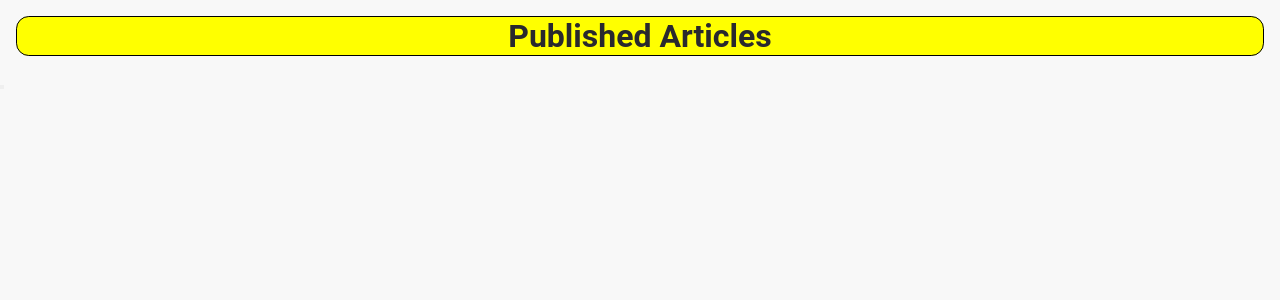
Repository: batmit/publish_articles
Page: /articles
The author's editor kept a copy of each file at every save. The page is drawn from the files as they stood at one save, then again after the next save.
The browser window is 1280 px wide. The pictures show the whole page.
The page's requests for data from a server got no answer. The project was rebuilt for these pictures with package versions that can differ from the ones it lists, and the page was loaded fresh each time. No one was signed in, and anything a server would have sent is missing. Also part of the build but not shown: src/styles/Home.scss, src/pages/Home.tsx, src/pages/publish_articles.tsx.

Above is the page before, as saved 2021-06-29 15:31:26.

### public/index.html
<!DOCTYPE html>
<html lang="en">
  <head>
    <meta charset="utf-8" />
    <meta name="viewport" content="width=device-width, initial-scale=1" />
    <meta name="theme-color" content="#000000" />
    <meta
      name="description"
      content="Web site created using create-react-app"
    />
    <title>publish_articles</title>
  </head>
  <body>
    <noscript>You need to enable JavaScript to run this app.</noscript>
    <div id="root"></div>
    <!--
      This HTML file is a template.
      If you open it directly in the browser, you will see an empty page.

      You can add webfonts, meta tags, or analytics to this file.
      The build step will place the bundled scripts into the <body> tag.

      To begin the development, run `npm start` or `yarn start`.
      To create a production bundle, use `npm run build` or `yarn build`.
    -->
  </body>
</html>

### src/App.tsx
import React from 'react';
import { BrowserRouter, Route } from 'react-router-dom';
import { Articles } from './pages/articles';


import {Home} from './pages/Home';
import { Publish_Articles } from './pages/publish_articles';

import './styles/global.scss';



function App() {
  return (

    <BrowserRouter>

      <Route path='/' exact component={Home} />

      <Route path='/articles' exact component={Articles} />

      <Route path='/publish' exact component={Publish_Articles} />



    </BrowserRouter>

  );
}

export default App;

### src/pages/articles.tsx
import { useEffect, useState } from "react";
import { database } from "../services/firebase";

type assuntosProps = {
    id?: string,
    object?: [
        id: string,
        content: string
    ]
}

export function Articles() {

    const [Assunto, setAssunto] = useState<assuntosProps>();

    const assuntos = database.ref(`articles`)

    useEffect(() => {
        assuntos.on('value', assunto => {
            const databaseAssuntos = assunto.val();

            console.log(databaseAssuntos)

            Object.entries(databaseAssuntos).map(([key]) => {

                //console.log(key)

            })

            setAssunto(databaseAssuntos)


        })




    }, []);

    return (
        <>
            <header>
                <h1>Published Articles</h1>
            </header>

            <button>{Assunto?.id}</button>

        </>
    );
}

### src/styles/global.scss
* {
    margin: 0;
    padding: 0;
    box-sizing: boder-box;
}

body{
    background: #f8f8f8;
    color: #29292e;
}

body, input, button, textarea {
    font: 400 16px 'Roboto', sans-serif ; // se não rodar o Roboto pega o sans-serif
}

header {
    text-align: center;
    justify-content: center;
    align-items: center;
    background: yellow;
    border: 1px solid black;
    border-radius: 0.8rem;
    margin: 1rem;
}

main {
    align-items: center;
    justify-content: center;
    display: flex;
    gap: 10px;
    background: aquamarine;
    border: 1px solid black;
    padding: 10px;


}

### src/services/firebase.ts
import firebase from 'firebase/app'; // tem que baixar primeira yarn add firebase

import 'firebase/auth';
import 'firebase/database';

const firebaseConfig = {
    apiKey: "AIzaSyAnqsPR26s-jH9kgIT35JRFnFNwjQIPuWg",
    authDomain: "publish-articles-5a753.firebaseapp.com",
    databaseURL: "https://publish-articles-5a753-default-rtdb.firebaseio.com",
    projectId: "publish-articles-5a753",
    storageBucket: "publish-articles-5a753.appspot.com",
    messagingSenderId: "1038663375307",
    appId: "1:1038663375307:web:9e3542b0440fa2c5873e4e"
};

firebase.initializeApp(firebaseConfig); //inicio

const auth = firebase.auth(); // vou exportar
const database = firebase.database()

export { firebase, auth, database }

Loaded but not shown: src/index.tsx (common file)

After the next save:
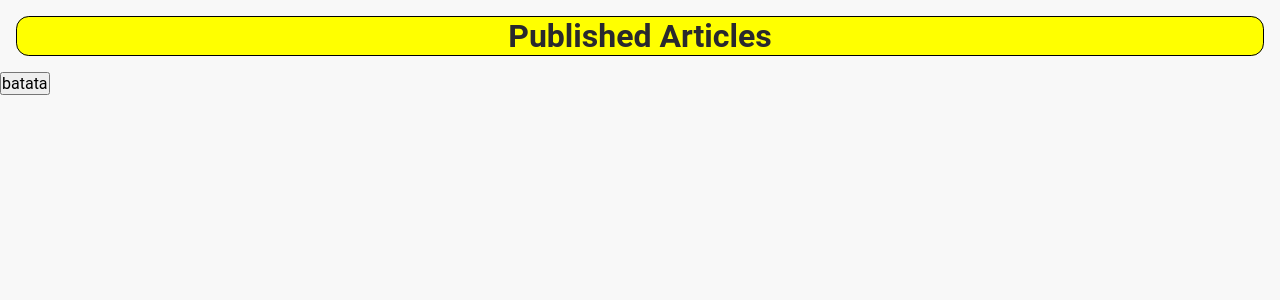
Saved 18 s later.
--- a/src/pages/articles.tsx
+++ b/src/pages/articles.tsx
@@ -43,7 +43,7 @@
                 <h1>Published Articles</h1>
             </header>
 
-            <button>{Assunto?.id}</button>
+            <button>{Assunto?.id || 'batata'}</button>
 
         </>
     );

After the 4 saves that followed:
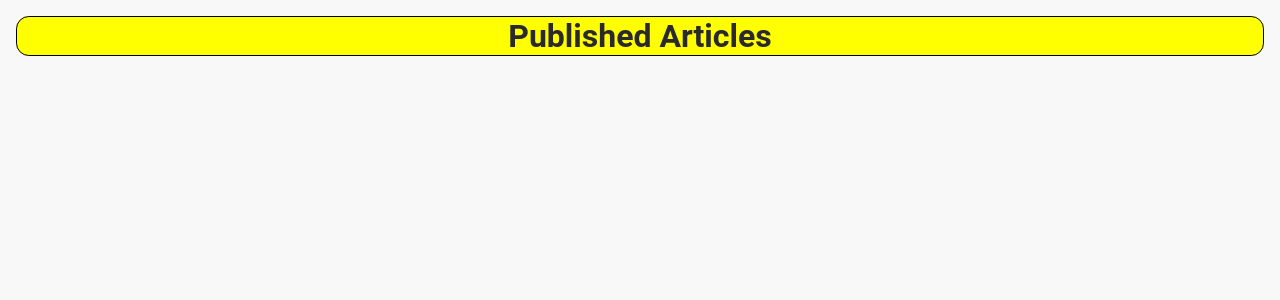
The 4 saves are shown as one change because 3 left the picture as it was.
The last was saved 2 min 7 s later.
--- a/src/pages/articles.tsx
+++ b/src/pages/articles.tsx
@@ -2,8 +2,8 @@
 import { database } from "../services/firebase";
 
 type assuntosProps = {
-    id?: string,
-    object?: [
+    id: string,
+    object: [
         id: string,
         content: string
     ]
@@ -11,15 +11,13 @@
 
 export function Articles() {
 
-    const [Assunto, setAssunto] = useState<assuntosProps>();
+    const [Assunto, setAssunto] = useState<assuntosProps[]>();
 
     const assuntos = database.ref(`articles`)
 
     useEffect(() => {
         assuntos.on('value', assunto => {
             const databaseAssuntos = assunto.val();
-
-            console.log(databaseAssuntos)
 
             Object.entries(databaseAssuntos).map(([key]) => {
 
@@ -28,6 +26,8 @@
             })
 
             setAssunto(databaseAssuntos)
+
+            console.log(Assunto)
 
 
         })
@@ -43,7 +43,6 @@
                 <h1>Published Articles</h1>
             </header>
 
-            <button>{Assunto?.id || 'batata'}</button>
 
         </>
     );
